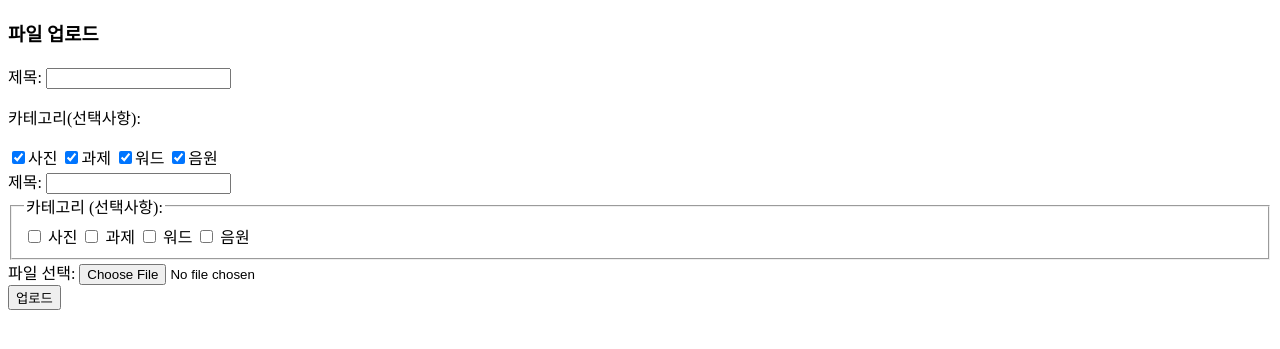
Repository: Motibidu/JSP_Servlet
Page: http://localhost/MushHaveJsp/13FileUpload/FileUploadMain.jsp
The author's editor kept a copy of each file at every save. The page is drawn from the files as they stood at one save, then again after the next save.
The browser window is 1280 px wide. The pictures show the whole page.
The page is served by Tomcat 10. Other server files are loaded and not shown.

Above is the page before, as saved 2025-05-14 06:59:11.

### MushHaveJsp/src/main/webapp/13FileUpload/FileUploadMain.jsp
<%@ page language="java" contentType="text/html; charset=UTF-8" pageEncoding="UTF-8"%>
<!DOCTYPE html>
<html>
<head>
<meta charset="UTF-8">
<title>FileUpload</title>
<script>
	function validateForm(form) {
		if (form.title.value == "") {
			alert("제목을 입력하세요.");
			form.title.focus();
			return false;
		}
		if (from.attahcedFile.value == "") {
			alert("첨부파일은 필수 입력입니다.");
			return false;
		}
	}
</script>
</head>
<body>
	<h3>파일 업로드</h3>
	<span style="color: red;">${ errorMessage }</span>
	<form name="fileForm" method="post" enctype="multipart/form-data"
			action="UploadProcess.do" onsubmit="return validateForm(this);">
			<label for="title">제목: </label><input type= "text" id= "title" name= "title"/>
			<br/>
			<p>카테고리(선택사항): </p>
			<input type= "checkbox" id= "photo" name= "category" value="사진" checked/><label for="photo">사진</label>
			<input type= "checkbox" id= "task" name= "category" value="과제" checked/><label for="task">과제</label>
			<input type= "checkbox" id= "word" name= "category" value="워드" checked/><label for="word">워드</label>
			<input type= "checkbox" id= "music" name= "category" value="음원" checked/><label for="music">음원</label>
	</form>

	<form id="fileUploadForm" method="post" enctype="multipart/form-data" action="UploadProcess.do">
    <div>
        <label for="title">제목:</label>
        <input type="text" id="title" name="title" required /> </div>

    <fieldset> <legend>카테고리 (선택사항):</legend> <input type="checkbox" id="photo" name="category" value="사진" />
        <label for="photo">사진</label>

        <input type="checkbox" id="task" name="category" value="과제" />
        <label for="task">과제</label>

        <input type="checkbox" id="word" name="category" value="워드" />
        <label for="word">워드</label>

        <input type="checkbox" id="music" name="category" value="음원" />
        <label for="music">음원</label>
        </fieldset>

    <div>
        <label for="uploadFile">파일 선택:</label> <input type="file" id="uploadFile" name="uploadFile" required /> </div>

    <div>
        <button type="submit">업로드</button> </div>
</form>
</body>
</html>

After the next save:
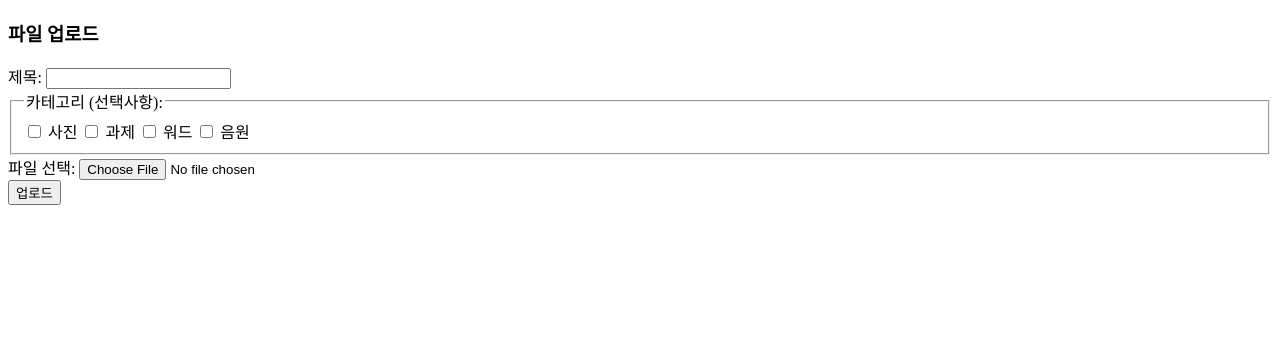
Saved 22 s later.
--- a/MushHaveJsp/src/main/webapp/13FileUpload/FileUploadMain.jsp
+++ b/MushHaveJsp/src/main/webapp/13FileUpload/FileUploadMain.jsp
@@ -21,7 +21,7 @@
 <body>
 	<h3>파일 업로드</h3>
 	<span style="color: red;">${ errorMessage }</span>
-	<form name="fileForm" method="post" enctype="multipart/form-data"
+	<!-- <form name="fileForm" method="post" enctype="multipart/form-data"
 			action="UploadProcess.do" onsubmit="return validateForm(this);">
 			<label for="title">제목: </label><input type= "text" id= "title" name= "title"/>
 			<br/>
@@ -30,7 +30,7 @@
 			<input type= "checkbox" id= "task" name= "category" value="과제" checked/><label for="task">과제</label>
 			<input type= "checkbox" id= "word" name= "category" value="워드" checked/><label for="word">워드</label>
 			<input type= "checkbox" id= "music" name= "category" value="음원" checked/><label for="music">음원</label>
-	</form>
+	</form> -->
 
 	<form id="fileUploadForm" method="post" enctype="multipart/form-data" action="UploadProcess.do">
     <div>
